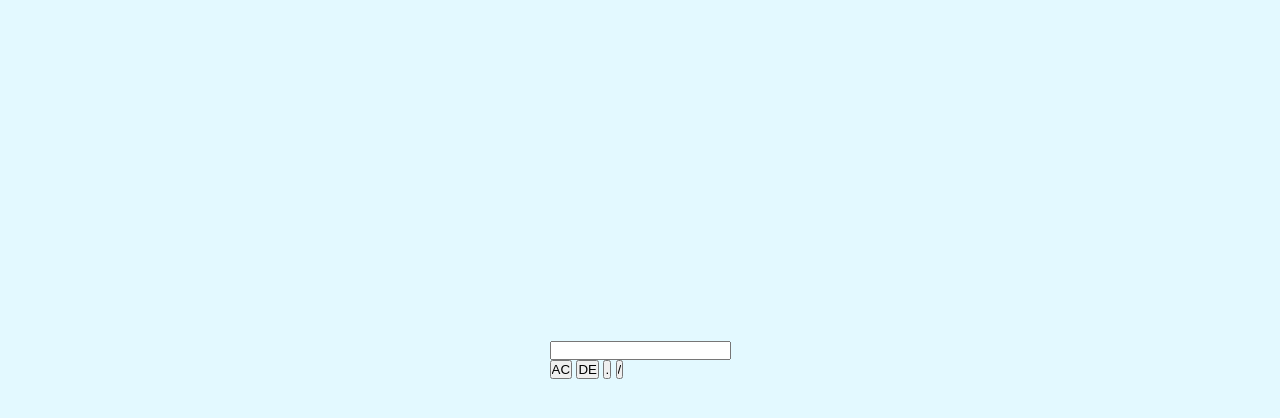
Repository: YAAMAR/calculator
Page: index.html
The author's editor kept a copy of each file at every save. The page is drawn from the files as they stood at one save, then again after a run of saves.
The browser window is 1280 px wide. The pictures show the whole page.

Above is the page before, as saved 2024-05-02 21:24:32.

After the next 8 saves:
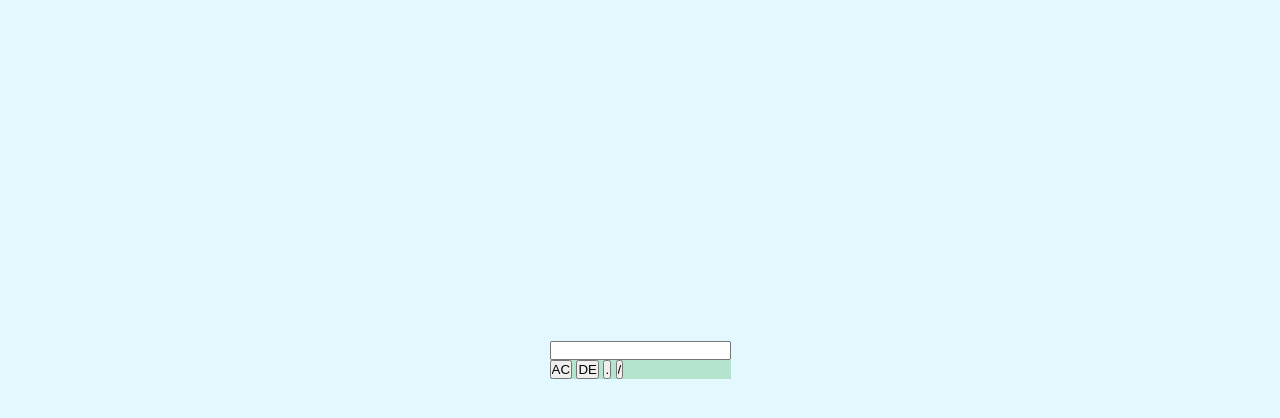
The 8 saves are shown as one change because they came seconds apart.
The last was saved 22 s later.
--- a/style.css
+++ b/style.css
@@ -12,4 +12,6 @@
     align-items: center;
     justify-content: center;
 }
-.cal
+.calculator{
+    background: #3a44;
+}
